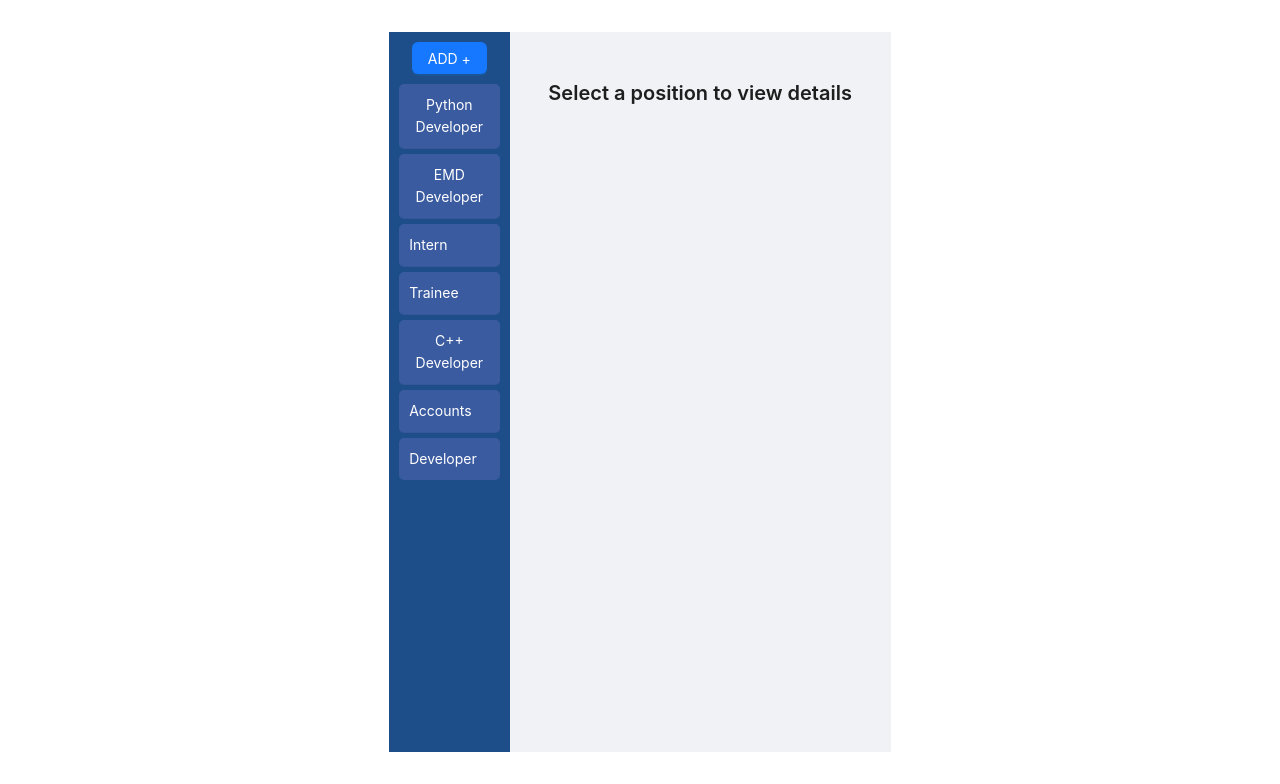
Repository: Moqueed/Delta_Iot
Page: /admin-dashboard/active-positions (app in client/)
An editor plug-in stored every save of this project. The page is shown before and after the next save, followed by the edit.
The browser window is 1280 px wide. The pictures show the whole page.
The project was rebuilt for these pictures with package versions that can differ from the ones it lists, and the page was loaded fresh each time. Also part of the build but not shown: client/vite.config.js, client/src/api/users.js, client/src/pages/Register/index.jsx, client/src/pages/Login/index.jsx, client/src/components/ProtectedRoute.jsx, client/src/pages/HR/HRDashboard.jsx, client/src/pages/Admin/AdminDashboard.jsx, client/src/pages/HR/TotalDataPage.jsx.

Above is the page before, as saved 2025-03-14 13:41:43.

After the next save:
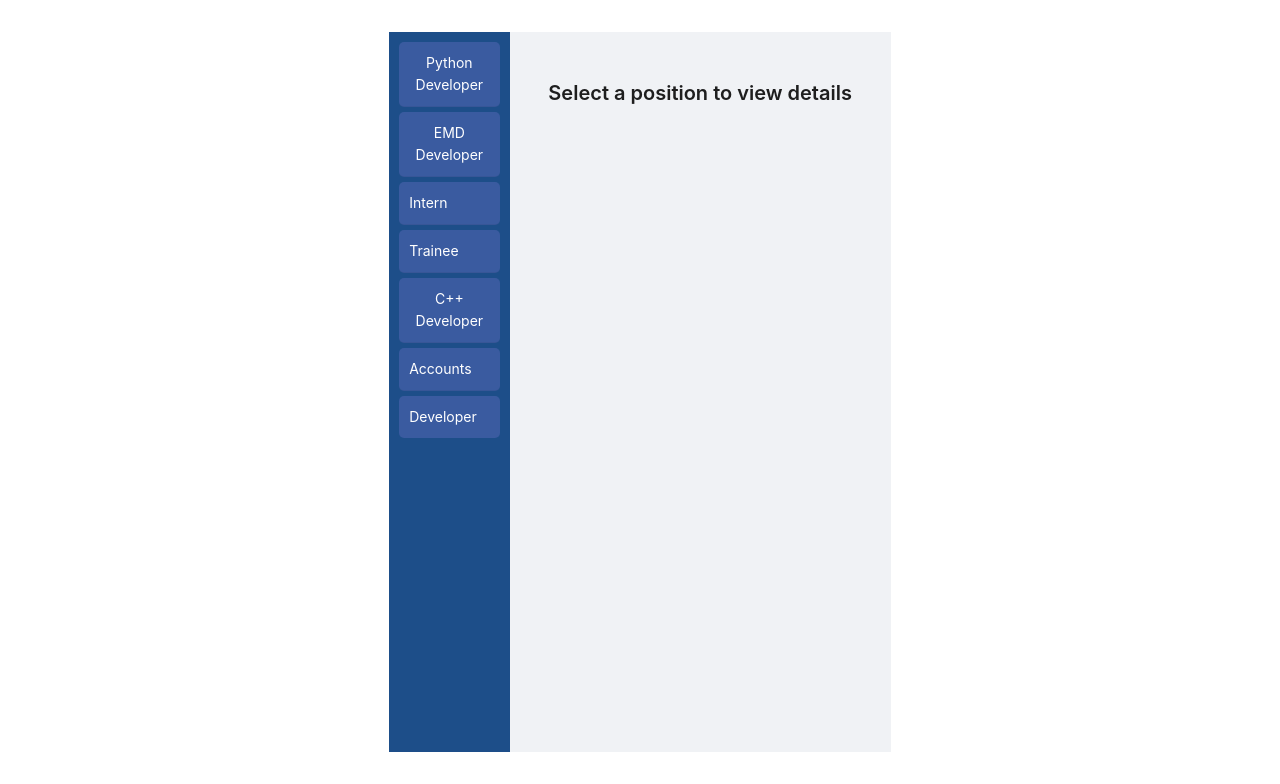
Saved 2 min 34 s later.
--- a/client/src/pages/Admin/ActivePositions.jsx
+++ b/client/src/pages/Admin/ActivePositions.jsx
@@ -16,21 +16,6 @@
   ]);
   const [selectedPosition, setSelectedPosition] = useState(null);
 
-  const handleAddPosition = () => {
-    const newPosition = {
-      job_id: positions.length + 1,
-      position: "New Position",
-      job_description: "",
-      department: "",
-      skills: "",
-      minimum_experience: "",
-      maximum_experience: "",
-      manager: "",
-    };
-    setPositions([...positions, newPosition]);
-    setSelectedPosition(newPosition);
-  };
-
   const handleDelete = async (id) => {
     try {
       await deletePosition(id);
@@ -45,9 +30,6 @@
     <div style={{ display: "flex", height: "100vh" }}>
       {/* Left side: Positions list */}
       <div style={{ width: "20%", backgroundColor: "#1D4E89", padding: "10px" }}>
-        <Button type="primary" style={{ marginBottom: "10px" }} onClick={handleAddPosition}>
-          ADD +
-        </Button>
         <List
           dataSource={positions}
           renderItem={(item) => (

After the save that followed:
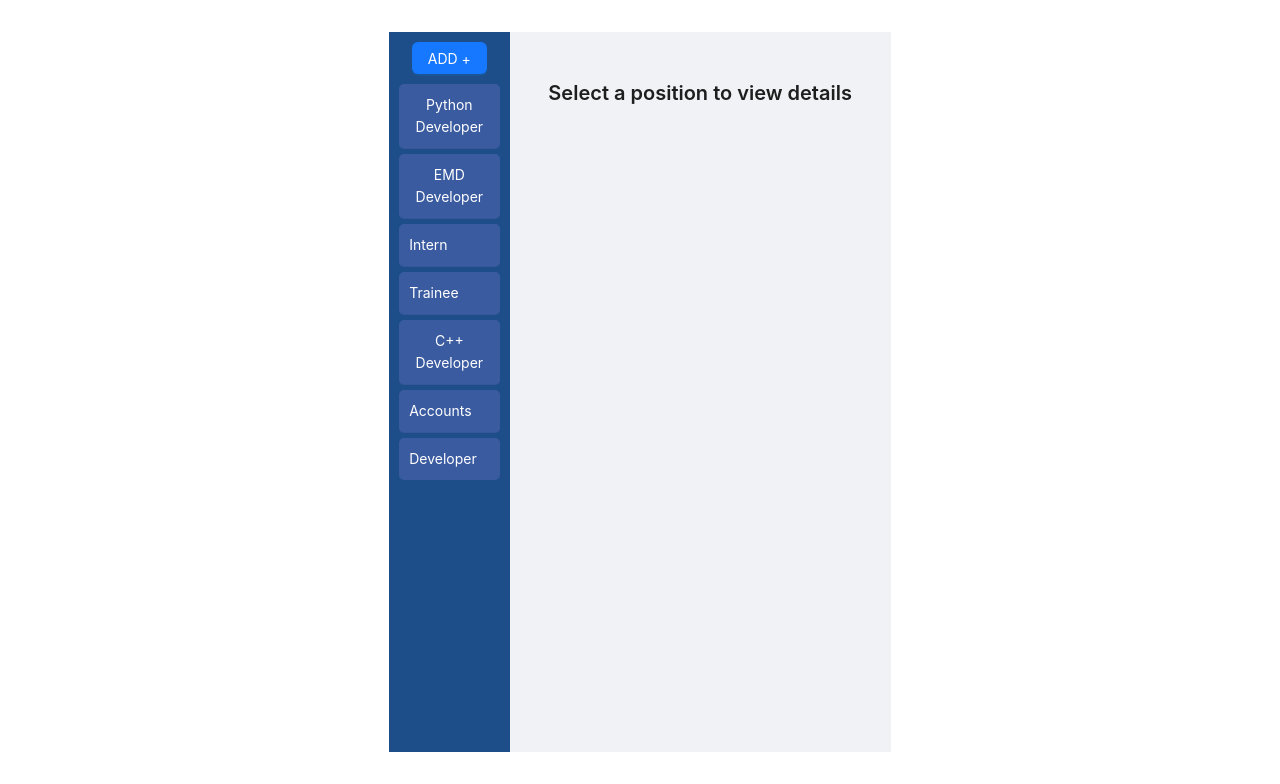
Saved 114 s later.
--- a/client/src/pages/Admin/ActivePositions.jsx
+++ b/client/src/pages/Admin/ActivePositions.jsx
@@ -26,10 +26,19 @@
     }
   };
 
+  const handleAddPosition = () => {
+    const newPosition = { job_id: positions.length + 1, position: "New Position" };
+    setPositions([...positions, newPosition]);
+    setSelectedPosition(newPosition);
+  };
+
   return (
     <div style={{ display: "flex", height: "100vh" }}>
       {/* Left side: Positions list */}
       <div style={{ width: "20%", backgroundColor: "#1D4E89", padding: "10px" }}>
+        <Button type="primary" onClick={handleAddPosition} style={{ marginBottom: "10px" }}>
+          ADD +
+        </Button>
         <List
           dataSource={positions}
           renderItem={(item) => (
